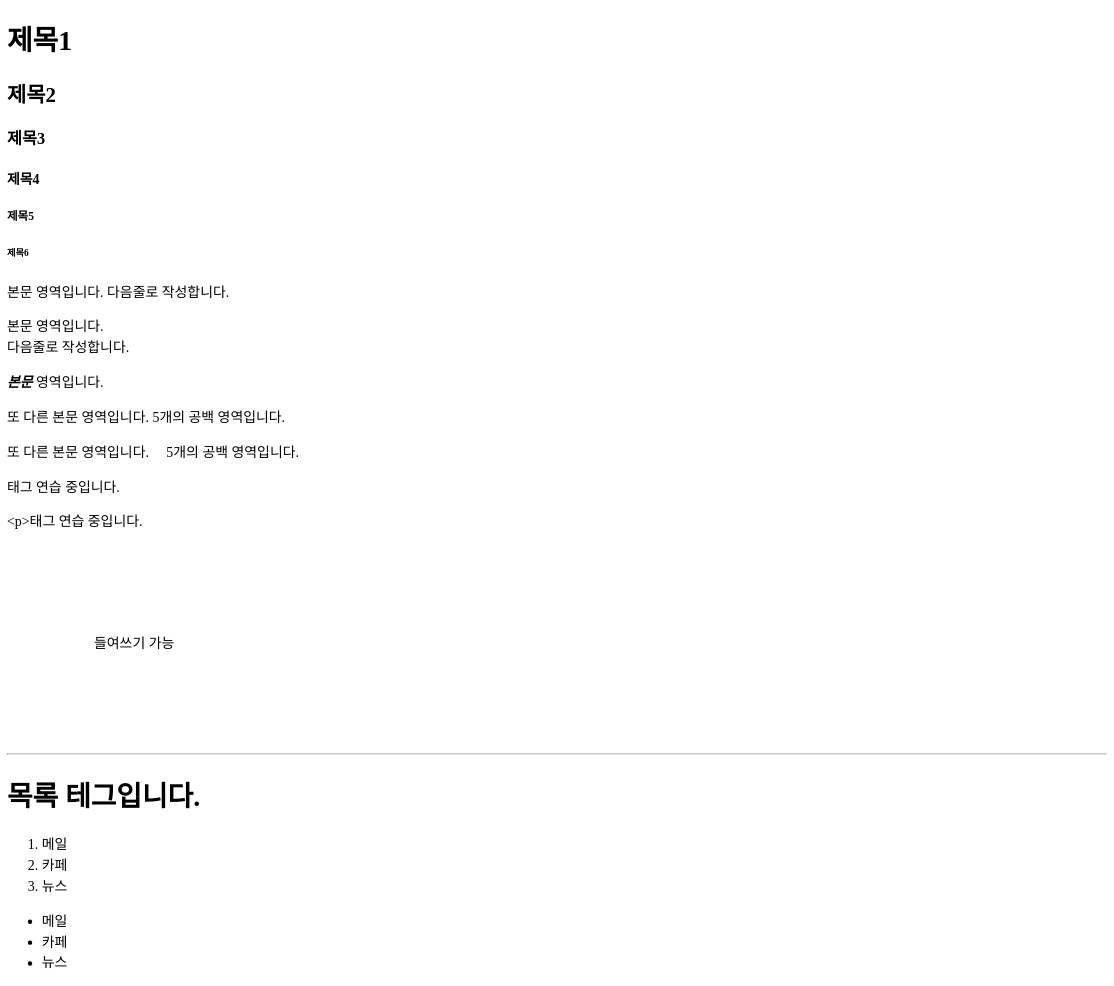
Repository: Kray273/JSLab
Page: html/src/main/webapp/Day96/text.html
An editor plug-in stored every save of this project. The page is shown before and after the next save, followed by the edit.
The browser window is 1280 px wide. The pictures show the whole page, at 87% of full size.

Above is the page before, as saved 2022-11-24 01:12:25.

After the next save:
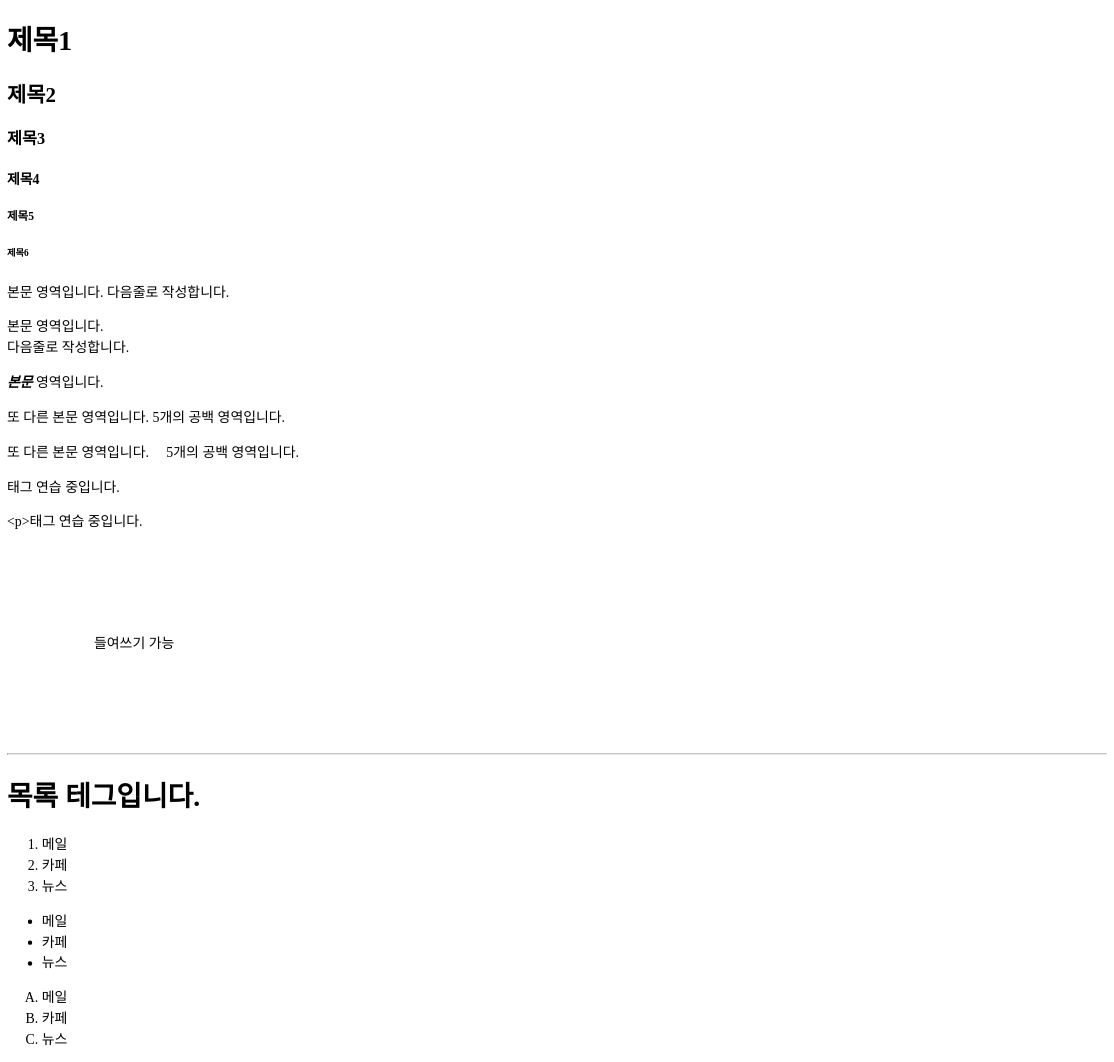
Saved 2 min 11 s later.
--- a/html/src/main/webapp/Day96/text.html
+++ b/html/src/main/webapp/Day96/text.html
@@ -42,5 +42,12 @@
 	<li>뉴스</li>
 </ul>
 
+<!-- 아라비아 숫자가 아닌 ol -->
+<ol type="A">
+	<li>메일</li>
+	<li>카페</li>
+	<li>뉴스</li>
+</ol>
+
 </body>
 </html>
